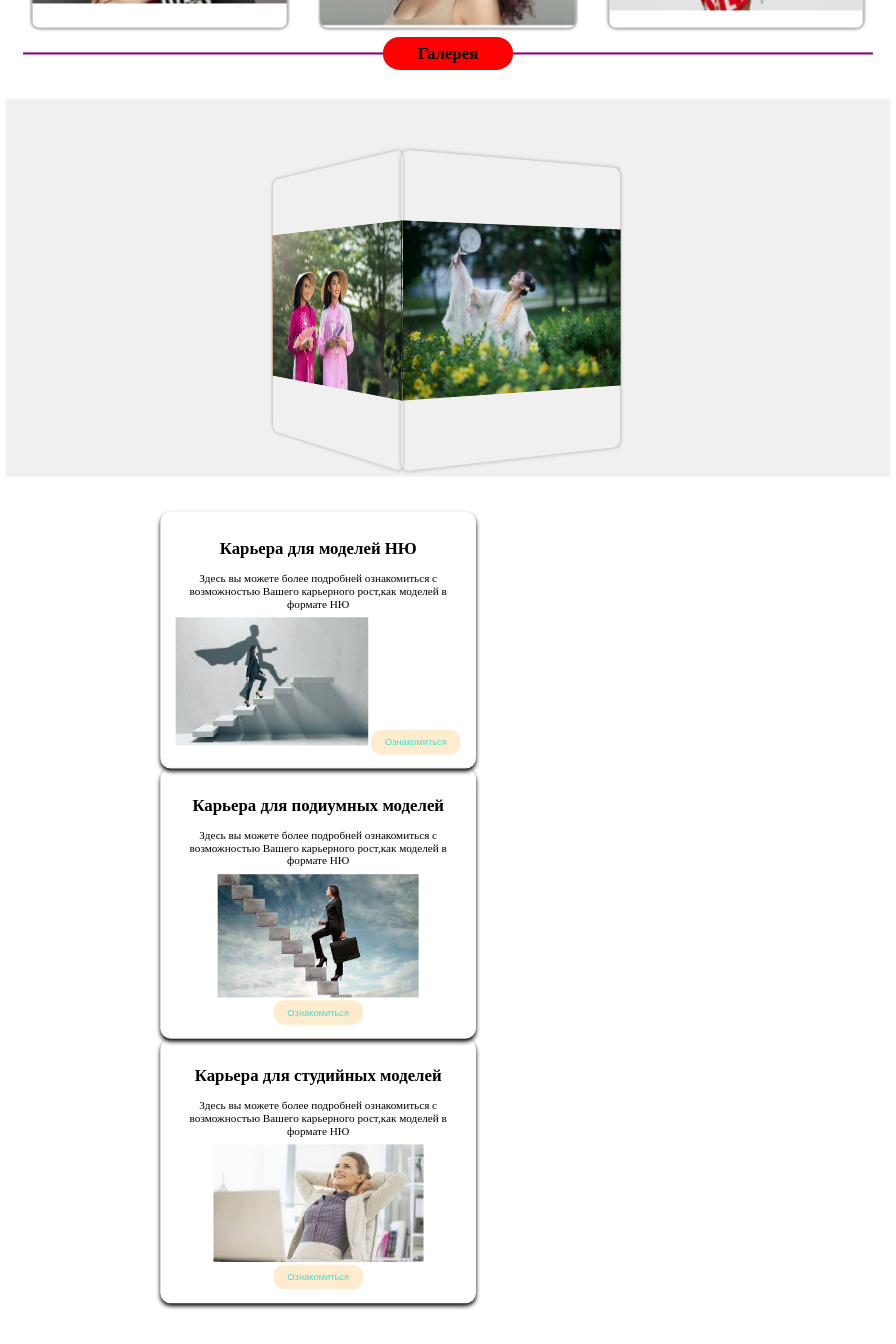
Repository: qtqqrdy13/model-studio
Page: index.html
The author's editor kept a copy of each file at every save. The page is drawn from the files as they stood at one save, then again after the next save.
The browser window is 1280 px wide. The pictures show the part of the page from y = 1837 to 3757 px (the page is 3757 px tall before and 3651 px after), at 70% of full size.
A picture or video elsewhere on the page could not be fetched, so the positions and the page height are approximate.

Above is the page before, as saved 2023-09-01 13:56:52.

After the next save:
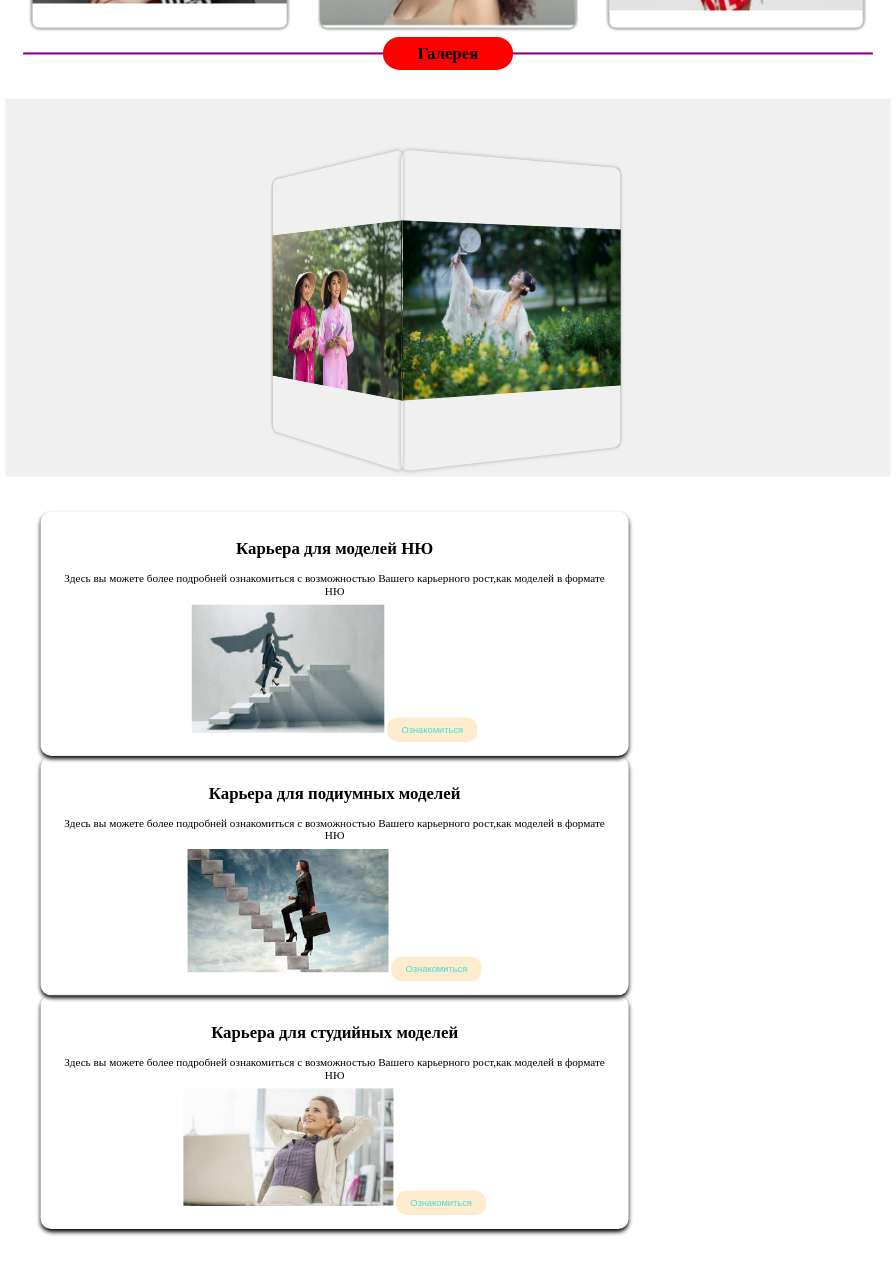
Saved 108 s later.
--- a/style.css
+++ b/style.css
@@ -397,7 +397,7 @@ p {
 }
 
 .category {
-    width: 50%;
+    width: 80%;
     padding: 20px;
     margin: o auto 20px;
     border-radius: 15px;
@@ -437,10 +437,12 @@ p {
     text-align: center;
     padding: 50px;
     max-width: 1000px;
-    width: 65%;
-    margin:0 auto;
-
-
-
-
-}
+    width: 80%;
+    left:50%;
+    right:50%;
+    transition: trasform(-50%, -50%);
+
+
+
+
+}
